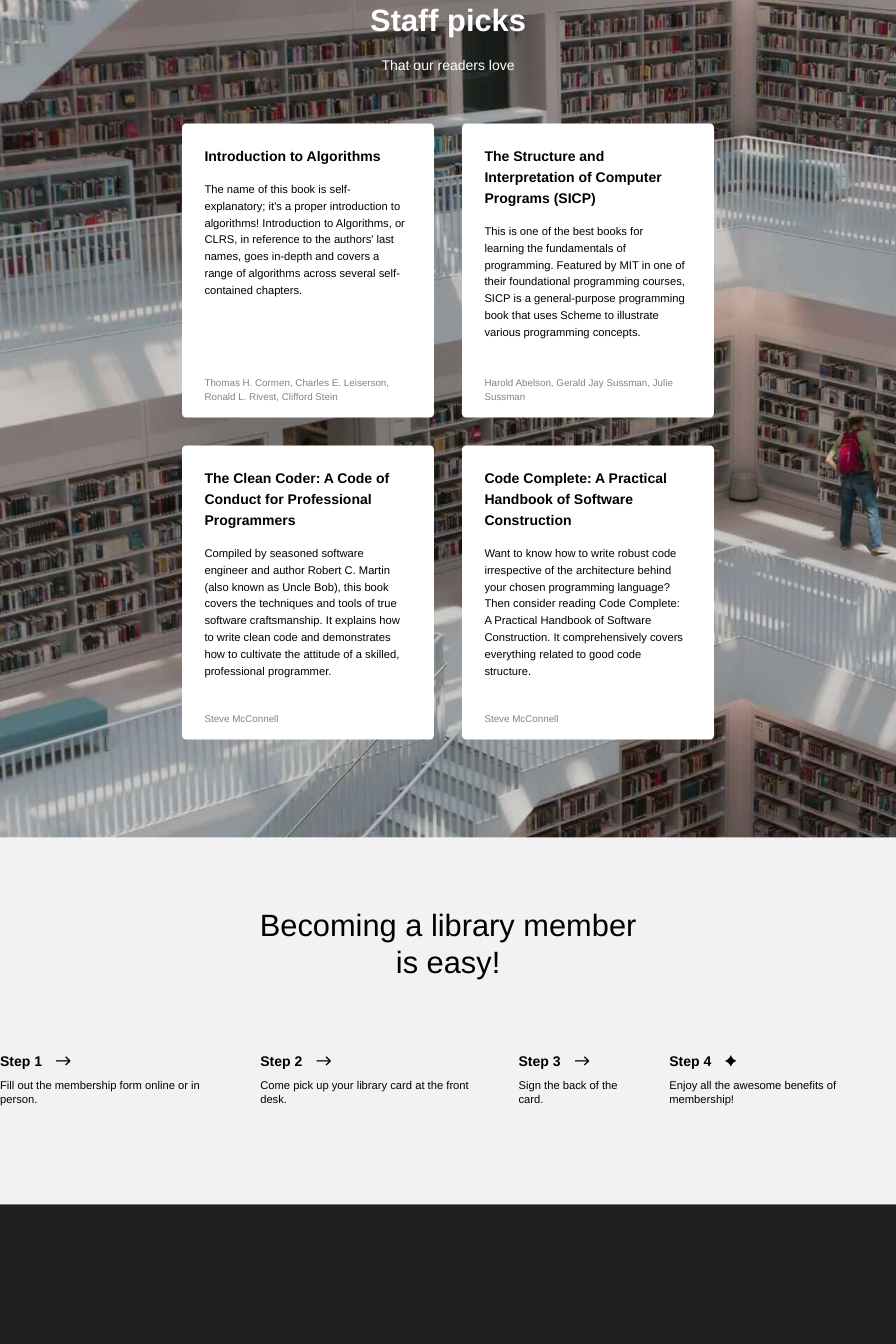
Repository: MWilliams-26/se_project_library
Page: index.html
The author's editor kept a copy of each file at every save. The page is drawn from the files as they stood at one save, then again after the next save.
The browser window is 1280 px wide. The pictures show the part of the page from y = 1642 to 3562 px (the page is 3562 px tall), at 70% of full size.

Above is the page before, as saved 2023-04-03 23:56:49.

After the next save:
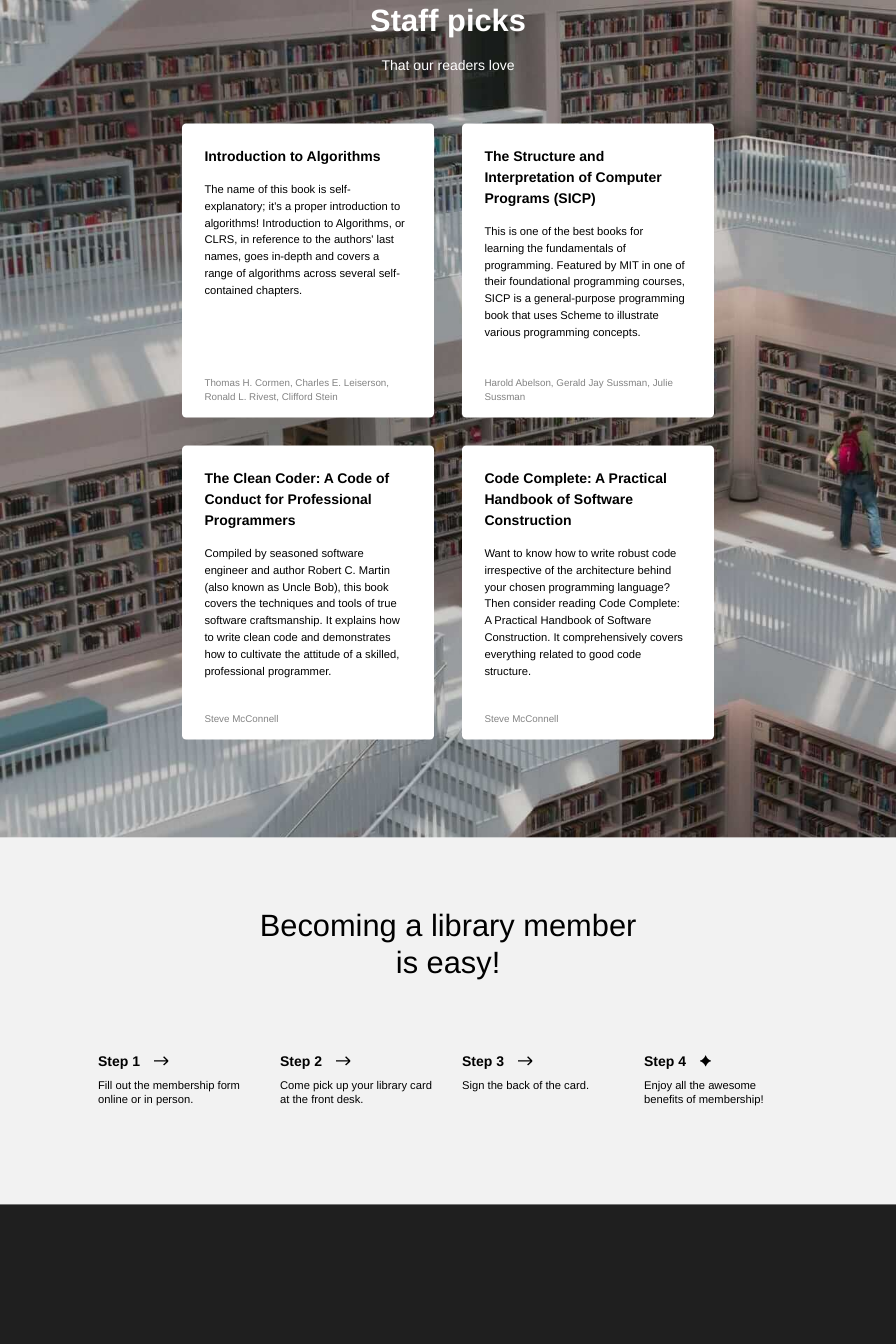
Saved 42 s later.
--- a/styles/style.css
+++ b/styles/style.css
@@ -326,6 +326,7 @@
 }
 
 .step {
+  flex-basis: 220px;
   /* Add styles */
 }
 
